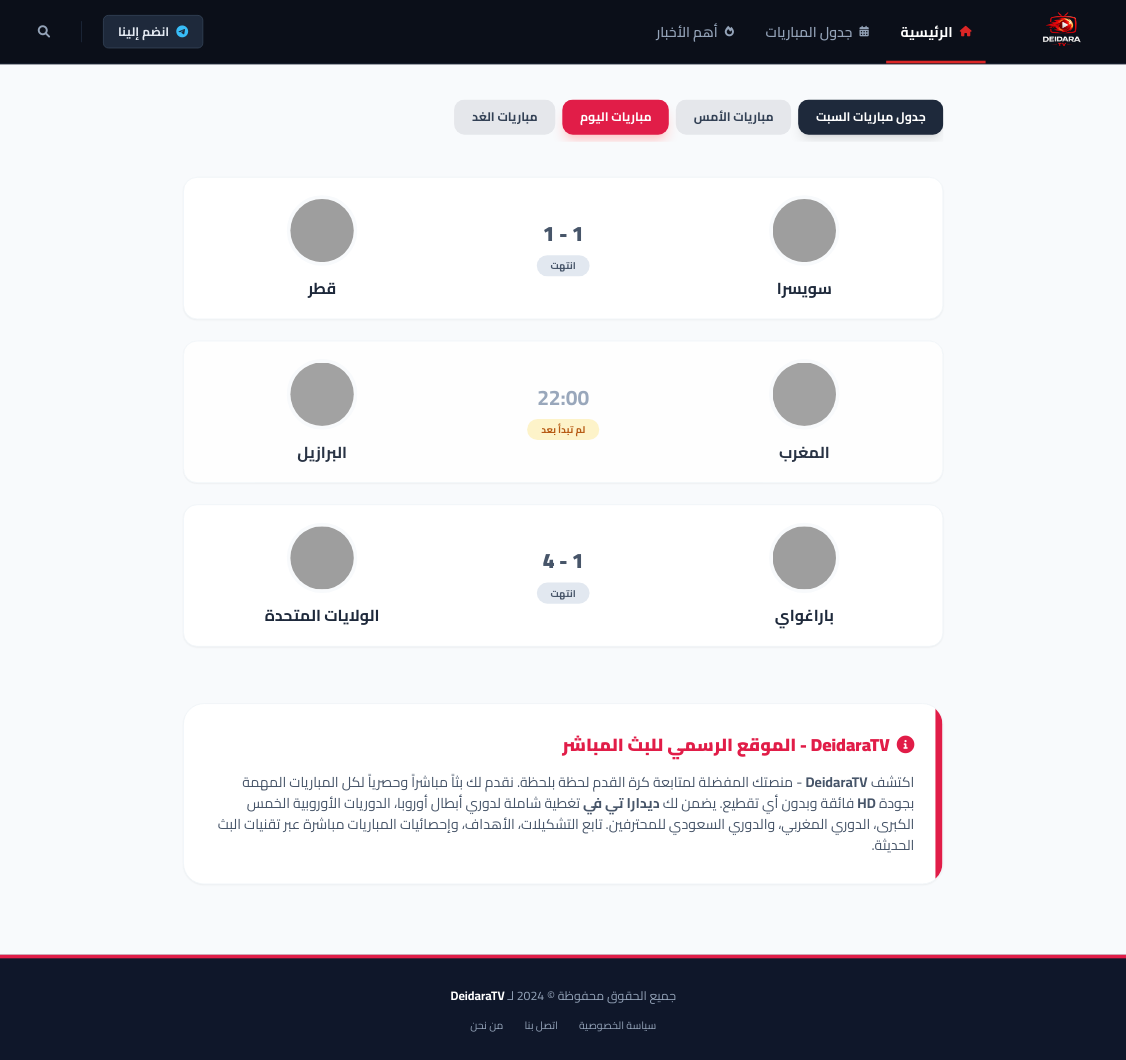
Repository: zakariax05/deidaraTV
Page: index.html
An editor plug-in stored every save of this project. The page is shown before and after the next save, followed by the edit.
The browser window is 1280 px wide. The pictures show the whole page, at 88% of full size.
Pictures or frames that could not be fetched are drawn as grey boxes. Some web libraries are served in a nearby version.

Above is the page before, as saved 2026-06-14 03:45:26.

After the next save:
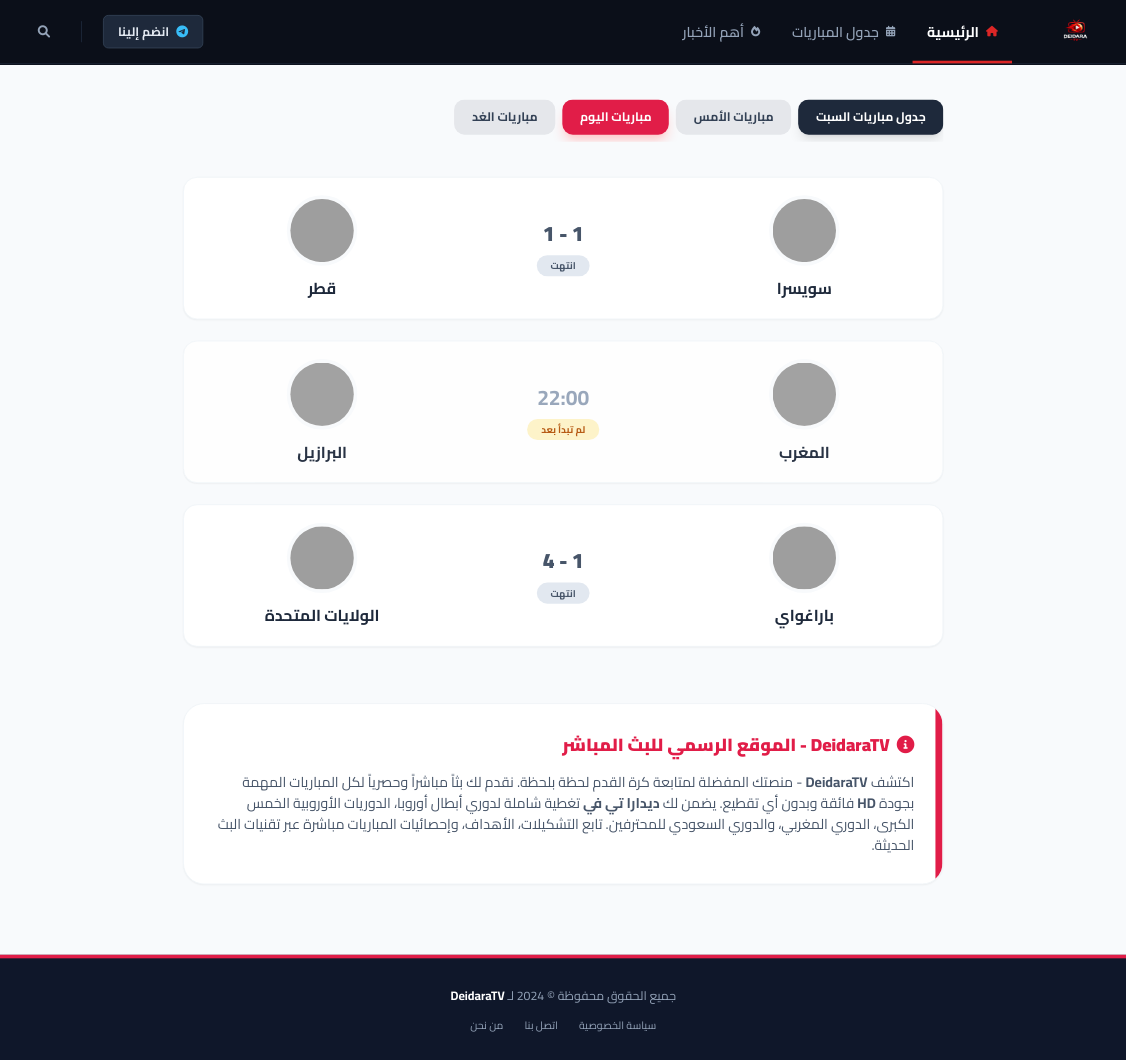
Saved 9 s later.
--- a/index.html
+++ b/index.html
@@ -49,7 +49,7 @@
           <div onclick="window.location.reload()"
             class="flex items-center gap-3 cursor-pointer group select-none relative z-50">
             <img src="imgs/logo-deidaratv.png" alt="DeidaraTV Logo"
-              class="h-30 md:h-20 w-auto object-contain transition-opacity hover:opacity-80">
+              class="h-30 md:h-[50px] w-auto object-contain transition-opacity hover:opacity-80">
           </div>
 
           <nav class="hidden lg:flex items-center gap-1 h-full">
